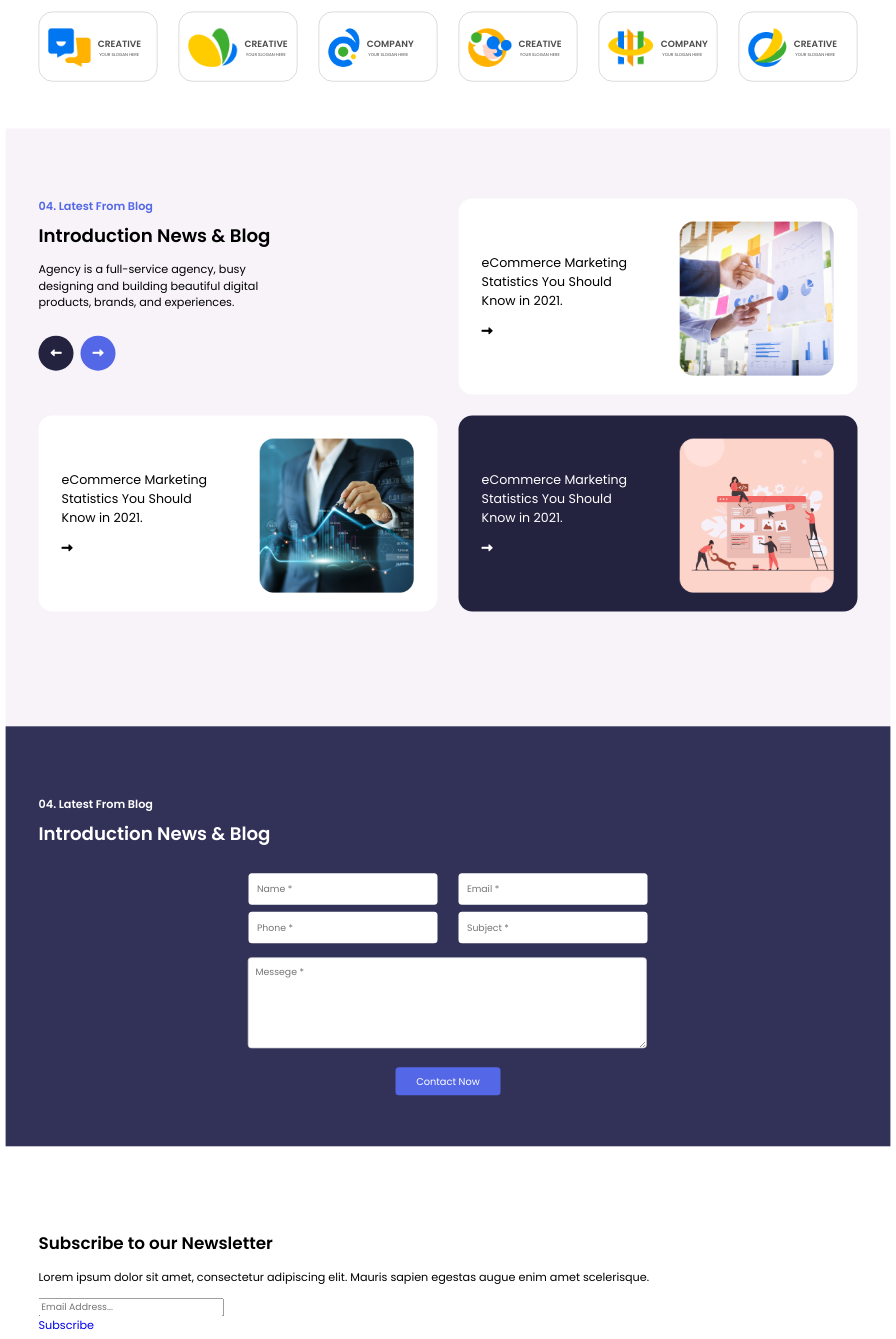
Repository: tranchi0120/LangdingPage-Htmlcss-Ago
Page: index.html
These files come from the project's save history. The page is drawn as it stood at one moment and after a run of saves; the edit follows.
The browser window is 1280 px wide. The pictures show the part of the page from y = 3312 to 5232 px (the page is 5225 px tall before and 5232 px after), at 70% of full size.
Some web libraries are served in a nearby version. The style sheet was rebuilt from its Sass, Less or Tailwind sources for each picture, by a compiler version that may differ from the author's.

Above is the page before, as saved 2022-07-15 11:46:19.

### index.html
<!DOCTYPE html>
<html lang="en">

<head>
    <meta charset="UTF-8" />
    <meta http-equiv="X-UA-Compatible" content="IE=edge" />
    <meta name="viewport" content="width=device-width, initial-scale=1.0" />
    <title>Ago</title>
    <!-- css -->
    <link rel="stylesheet" href="./css/app.css" />
    <!-- google font  -->
    <link rel="preconnect" href="https://fonts.googleapis.com" />
    <link rel="preconnect" href="https://fonts.gstatic.com" crossorigin />
    <link href="https://fonts.googleapis.com/css2?family=Poppins:wght@400;600&display=swap" rel="stylesheet" />
    <!-- google icon awaresome -->
    <link rel="stylesheet" href="https://cdnjs.cloudflare.com/ajax/libs/font-awesome/6.1.1/css/all.min.css">
    <!-- sass ./sass/app.scss ./css/app.css --watch -->
</head>

<body>
    <header class="header">
        <div class="header-top container">
            <span class="header-top-title">
                Welcome to Ago! Building Creative Business Agency
            </span>
            <div class="header-top-right">
                <div class="header-login">
                    <i class="fa-solid fa-user"></i>
                    <a href="#!" style="color:#666666">Login</a>
                </div>
                <div class="header-nation">
                    <i class="fa-solid fa-globe"></i>
                    <span class="header-language">English</span>
                    <i class="fa-solid fa-angle-down"></i>
                </div>
            </div>
        </div>
        <div class="header-line">
        </div>
        <div class="header-under container">
            <div class="header-under-logo">
                <div class="header-under-image">
                    <img class="header-under-img" src="./images/logo.png" alt="#">
                </div>
                <span class="header-under-name">Ago</span>
            </div>
            <div class="header-menu">
                <ul class="menu">
                    <li class="menu-item">
                        <a href="#" class="menu-link">Home</a>
                    </li>
                    <li class="menu-item">
                        <a href="#" class="menu-link">Features</a>
                        <i class="fa-solid fa-angle-down"></i>
                    </li>
                    <li class="menu-item">
                        <a href="#" class="menu-link">Services</a>
                    </li>
                    <li class="menu-item">
                        <a href="#" class="menu-link">Pages</a>
                    </li>
                    <li class="menu-item">
                        <a href="#" class="menu-link">Blog</a>
                    </li>
                    <li class="menu-item">
                        <a href="#" class="menu-link">Support</a>
                    </li>
                </ul>
                <div class="menu-button">
                    <i class="fa-solid fa-magnifying-glass menu-icon"></i>
                    <div class="button">Contact Us</div>
                </div>
            </div>
        </div>
    </header>
    <main>
        <section class="hero">
            <div class="container">
                <div class="hero-main">
                    <div class="hero-left">
                        <div class="hero-title">
                            Trusted Professional Service.
                        </div>
                        <span class="hero-content">
                            Ago is a full-service agency, busy designing and building beautiful digital products,
                            brands, and
                            experiences.
                        </span>
                        <div class="hero-button">
                            <div class="button">Recent Work</div>
                        </div>
                        <div class="hero-down">
                            <div class="hero-icondown">
                                <i style="color:#ffffff ;" class="fa-solid fa-arrow-down"></i>
                            </div>
                            <p class="hero-scroll">
                                Scroll Down
                            </p>
                        </div>
                    </div>
                    <div class="hero-right">
                        <img src="./images/hero.png" alt="#">
                    </div>
                </div>
            </div>
        </section>
        <section class="about">
            <div class="container">
                <div class="about-main">
                    <div class="about-images">
                        <img src="./images/about1.png" alt="#" class="about-img1">
                        <img src="./images/about2.png" alt="#" class="about-img2">
                        <img src="./images/about3.png" alt="#" class="about-img3">
                    </div>
                    <div class="about-us">
                        <h5 class="about-number">
                            01. About Us
                        </h5>
                        <div class="about-title">
                            We Make Designs that Lead and Inpire.
                        </div>
                        <div class="about-name">
                            A design team building a created
                            marketplace for UI designers.
                        </div>
                        <div class="about-content">
                            2,360 curated design resources to energize your creative workflow. We're a growing family of
                            682,268 designers and makers from around the world
                        </div>
                        <div class="menu-button">
                            <div class="button">Contact Us</div>
                        </div>
                    </div>
                </div>
            </div>
        </section>
        <section class="interactive">
            <div class="container">
                <div class="interactive-main">
                    <h5 class="interactive-number">
                        02. What We Do
                    </h5>
                    <div class="interactive-title">
                        <span class="interactive-name">
                            We Make Designs that Lead and Inpire.
                        </span>
                        <i class="fa-solid fa-left-long interactive-iconleft"></i>
                        <i class="fa-solid fa-right-long"></i>
                    </div>
                    <div class="interactive-group">
                        <div class="interactive-box">
                            <div class="row-circle">
                                <img class="row-img" src="./images/row1.png" alt="#">
                                <h2 class="row-number">
                                    26k
                                </h2>
                                <span class="row-title">
                                    Happy Clients
                                </span>
                            </div>
                            <div class="row-circle2">
                                <img class="row-img" src="./images/row2.png" alt="#">
                                <h2 class="row-number2">
                                    76k
                                </h2>
                                <span class="row-title2">
                                    Project Done
                                </span>
                                <span class="row-content2">
                                    Lorem ipsum dolor sit amet, consectetur adipiscing elit. Mauris sapien egestas augue
                                    enim amet scelerisque.
                                </span>
                            </div>
                            <div class="row-circle">
                                <img class="row-img" src="./images/row3.png" alt="#">
                                <h2 class="row-number">
                                    20k
                                </h2>
                                <span class="row-title">
                                    AWARDS WON
                                </span>
                            </div>
                            <div class="row-circle">
                                <img class="row-img" src="./images/row4.png" alt="#">
                                <h2 class="row-number">
                                    20k
                                </h2>
                                <span class="row-title">
                                    DAILY DATA INPUT
                                </span>
                            </div>
                        </div>
                    </div>
                </div>
            </div>
        </section>
        <section class="service">
            <div class="container">
                <h5 class="service-number">
                    03. Our Services
                </h5>
                <div class="service-title">
                    <span class="service-name">
                        Welcome to Our Professional Service
                    </span>
                </div>
                <div class="service-main">
                    <div class="service-left">
                        <h2 class="service-left-title">
                            Professional Website
                            Design Consulting
                        </h2>
                        <p class="service-left-content">
                            Agency is a full-service agency, busy designing and building beautiful digital products,
                            brands, and experiences.
                        </p>
                        <div class="menu-button">
                            <div class="button">View Detail</div>
                        </div>
                        <div class="service-left-images">
                            <img src="./images/service1.png" alt="#" class="service-left-img">
                            <img src="./images/service2.png" alt="#" class="service-left-img">
                            <img src="./images/service3.png" alt="#" class="service-left-img">
                        </div>
                    </div>
                    <div class="service-right">
                        <img src="./images/service4.png" alt="#" class="service-right-img">
                    </div>
                </div>
                <div class="service-bottom">
                    <div class="service-box">
                        <div class="service-box-imgs">
                            <img src="./images/logo1.png" alt="#" class="service-box-img">
                        </div>
                        <div class="service-box-text">
                            <h2 class="service-box-title">CREATIVE</h2>
                            <p class="service-box-slogan">YOUR SLOGAN HERE</p>
                        </div>
                    </div>
                    <div class="service-box">
                        <div class="service-box-imgs">
                            <img src="./images/logo2.png" alt="#" class="service-box-img">
                        </div>
                        <div class="service-box-text">
                            <h2 class="service-box-title">CREATIVE</h2>
                            <p class="service-box-slogan">YOUR SLOGAN HERE</p>
                        </div>
                    </div>
                    <div class="service-box">
                        <div class="service-box-imgs">
                            <img src="./images/logo3.png" alt="#" class="service-box-img">
                        </div>
                        <div class="service-box-text">
                            <h2 class="service-box-title">COMPANY</h2>
                            <p class="service-box-slogan">YOUR SLOGAN HERE</p>
                        </div>
                    </div>
                    <div class="service-box">
                        <div class="service-box-imgs">
                            <img src="./images/logo4.png" alt="#" class="service-box-img">
                        </div>
                        <div class="service-box-text">
                            <h2 class="service-box-title">CREATIVE</h2>
                            <p class="service-box-slogan">YOUR SLOGAN HERE</p>
                        </div>
                    </div>
                    <div class="service-box">
                        <div class="service-box-imgs">
                            <img src="./images/logo5.png" alt="#" class="service-box-img">
                        </div>
                        <div class="service-box-text">
                            <h2 class="service-box-title">COMPANY</h2>
                            <p class="service-box-slogan">YOUR SLOGAN HERE</p>
                        </div>
                    </div>
                    <div class="service-box">
                        <div class="service-box-imgs">
                            <img src="./images/logo6.png" alt="#" class="service-box-img">
                        </div>
                        <div class="service-box-text">
                            <h2 class="service-box-title">CREATIVE</h2>
                            <p class="service-box-slogan">YOUR SLOGAN HERE</p>
                        </div>
                    </div>
                </div>
            </div>
        </section>
        <section class="latest">
            <div class="container">
                <div class="latest-main">
                    <div class="latest-group">
                        <h5 class="latest-number">
                            04. Latest From Blog
                        </h5>
                        <span class="latest-title">
                            Introduction News & Blog
                        </span>
                        <p class="latest-content">
                            Agency is a full-service agency, busy designing and building beautiful digital products,
                            brands, and experiences.
                        </p>
                        <div class="latest-icon">
                            <div class="latest-icon-left">
                                <i class="fa-solid fa-left-long"></i>
                            </div>
                            <div class="latest-icon-right">
                                <i class="fa-solid fa-right-long"></i>
                            </div>
                        </div>
                    </div>
                    <div class="latest-groups">
                        <div class="latest-box">
                            <p class="latest-text">
                                eCommerce Marketing
                                Statistics You Should
                                Know in 2021.
                            </p>
                            <i class="fa-solid fa-right-long"></i>
                        </div>
                        <div class="latest-image">
                            <img src="./images/latest1.png" alt="#" class="latest-img">
                        </div>
                    </div>
                    <div class="latest-groups">
                        <div class="latest-box">
                            <p class="latest-text">
                                eCommerce Marketing
                                Statistics You Should
                                Know in 2021.
                            </p>
                            <i class="fa-solid fa-right-long"></i>
                        </div>
                        <div class="latest-image">
                            <img src="./images/latest2.png" alt="#" class="latest-img">
                        </div>
                    </div>
                    <div class="latest-groups3">
                        <div class="latest-box3">
                            <p class="latest-text3">
                                eCommerce Marketing
                                Statistics You Should
                                Know in 2021.
                            </p>
                            <i class="fa-solid fa-right-long"></i>
                        </div>
                        <div class="latest-image">
                            <img src="./images/latest3.png" alt="#" class="latest-img">
                        </div>
                    </div>
                </div>
            </div>
        </section>
        <section class="contact">
            <div class="container">
                <!-- <img class="contact-background" src="./images/background.png" alt="#"> -->
                <div class="contact-main">
                    <h5 class="contact-number">
                        04. Latest From Blog
                    </h5>
                    <span class="contact-title">
                        Introduction News & Blog
                    </span>
                    <div class="contact-import">
                        <input class="contact-input" type="text" placeholder="Name *">
                        <input class="contact-input" type="text" placeholder="Email *">
                        <input class="contact-input" type="text" placeholder="Phone *">
                        <input class="contact-input" type="text" placeholder="Subject *">
                    </div>
                    <textarea class="contact-textarea" name="text" id="#" cols="30" rows="10"
                        placeholder="Messege *"></textarea>
                    <div class="menu-button">
                        <div class="button contact-button">Contact Now</div>
                    </div>
                </div>
            </div>
        </section>
        <section class="subscribe">
            <div class="container">
                <div class="subscribe-main">
                    <h2 class="subscribe-title">
                        Subscribe to our Newsletter
                    </h2>
                    <p class="subscribe-text">
                        Lorem ipsum dolor sit amet, consectetur adipiscing elit. Mauris sapien egestas augue enim amet
                        scelerisque.
                    </p>
                    <div class="subscribe-import">
                        <input type="text" placeholder="Email Address...">
                        <div class="subscribe-button">
                            <a href="#!">Subscribe</a>
                        </div>
                    </div>
                </div>
            </div>
        </section>
    </main>
    <footer>
    </footer>
</body>

</html>

### sass/app.scss
@import "global";
@import "header";
@import "menu";
@import "variable";
@import "hero";
@import "about";
@import "interactive";
@import "row";
@import "service";
@import "latest";
@import "contact";
@import "subscribe";

### sass/_global.scss
.container {
    max-width: 1170px;
    margin: 0 auto;
}
.body {
    background: #ffffff;
}
* {
    box-sizing: border-box;
    font-family: "Poppins", sans-serif;
}
a {
    text-decoration: none;
}
ul {
    list-style-type: none !important;
}
.button {
    border: none;
    padding: auto;
    width: 150px;
    background: #5468e7;
    height: 40px;
    text-align: center;
    justify-content: center;
    padding: 7px;
    border-radius: 5px;
    color: white;
    font-size: 14px;
    line-height: 21px;
    padding: 10px;
}

### sass/_header.scss
.header {
    &-top {
        max-width: 1170px;
        margin: 0 auto;
        color: #666666;
        display: flex;
        justify-content: space-between;
        align-items: center;
        padding: 10px;
        &-right {
            display: flex;
            gap: 20px;
        }
    }
    &-line {
        width: 100%;
        height: 1px;
        background-color: #c7c2c2;
    }
    &-under {
        height: 96px;
        display: flex;
        gap: 0 85px;
        align-items: center;
        &-logo {
            display: flex;
        }
        &-image {
            width: 52.5px;
            height: 60px;
        }
        &-img {
            width: 100%;
        }
        &-name {
            padding: 10px;
            line-height: 39px;
            font-weight: 600;
            font-size: 26px;
            color: #000000;
        }
    }
    &-menu {
        gap: 195px;
        display: flex;
    }
}

### sass/_menu.scss
.menu {
    height: 24px;
    width: 550px;
    display: flex;
    justify-content: space-between;
    align-items: center;
    // gap: 40px;
    &-button {
        display: flex;
        gap: 29px;
    }
    &-icon {
        width: 18px;
        display: inline-block;
        padding-top: 15px;
        color: #666666;
    }

    &-link {
        color: #000000;
        font-weight: 400;
        font-size: 16px;
        line-height: 24px;
    }
}

### sass/_variable.scss
$font: "Poppins", sans-serif;
$color1: #232340;
$color2: #323259;
$color-btn: #5468e7;
$black: #222222;
$white: #ffffff;

### sass/_hero.scss
.hero {
    height: 800px;
    margin-top: 55px;
    &-main {
        display: flex;

        align-items: center;
    }
    &-title {
        width: 260px;
        line-height: 60px;
        font-weight: 600;
        font-size: 40px;
        margin-bottom: 23px;
    }
    &-content {
        height: 46px;
        width: 317px;
        font-weight: 400;
        font-size: 16px;
        display: inline-block;
        margin-bottom: 60px;
        margin-right: 147px;
    }
    &-down {
        margin-top: 114px;
        display: flex;
        gap: 9px;
    }
    &-icondown {
        border-radius: 50%;
        width: 45px;
        height: 45px;
        text-align: center;
        padding: 13px;
        background: #c897e4;
    }
}

### sass/_interactive.scss
.interactive {
    background: #f7f3f8;
    height: 752px;
    &-number {
        margin-bottom: 10px;
        margin-top: 100px;
        display: inline-block;
        color: #5468e7;
        font-size: 16px;
        line-height: 24px;
        font-weight: 600;
    }
    &-name {
        display: inline-block;
        line-height: 39px;
        font-size: 26px;
        font-weight: 600;
        margin-bottom: 75px;
    }
    &-iconleft {
        margin-right: 19px;
        margin-left: 594px;
    }
    &-box {
        max-height: 360px;
        background: white;
        display: grid;
        grid-template-columns: repeat(4, 1fr) !important;
        border-radius: 30px;
    }
}

### sass/_subscribe.scss
.subscribe {
    &-main {
        padding-top: 100px;
    }
}

Loaded but not shown: sass/_service.scss (94 lines, source omitted); sass/_latest.scss (87 lines, source omitted); sass/_about.scss (57 lines, source omitted); sass/_contact.scss (53 lines, source omitted); sass/_row.scss (51 lines, source omitted)

After the next 2 saves:
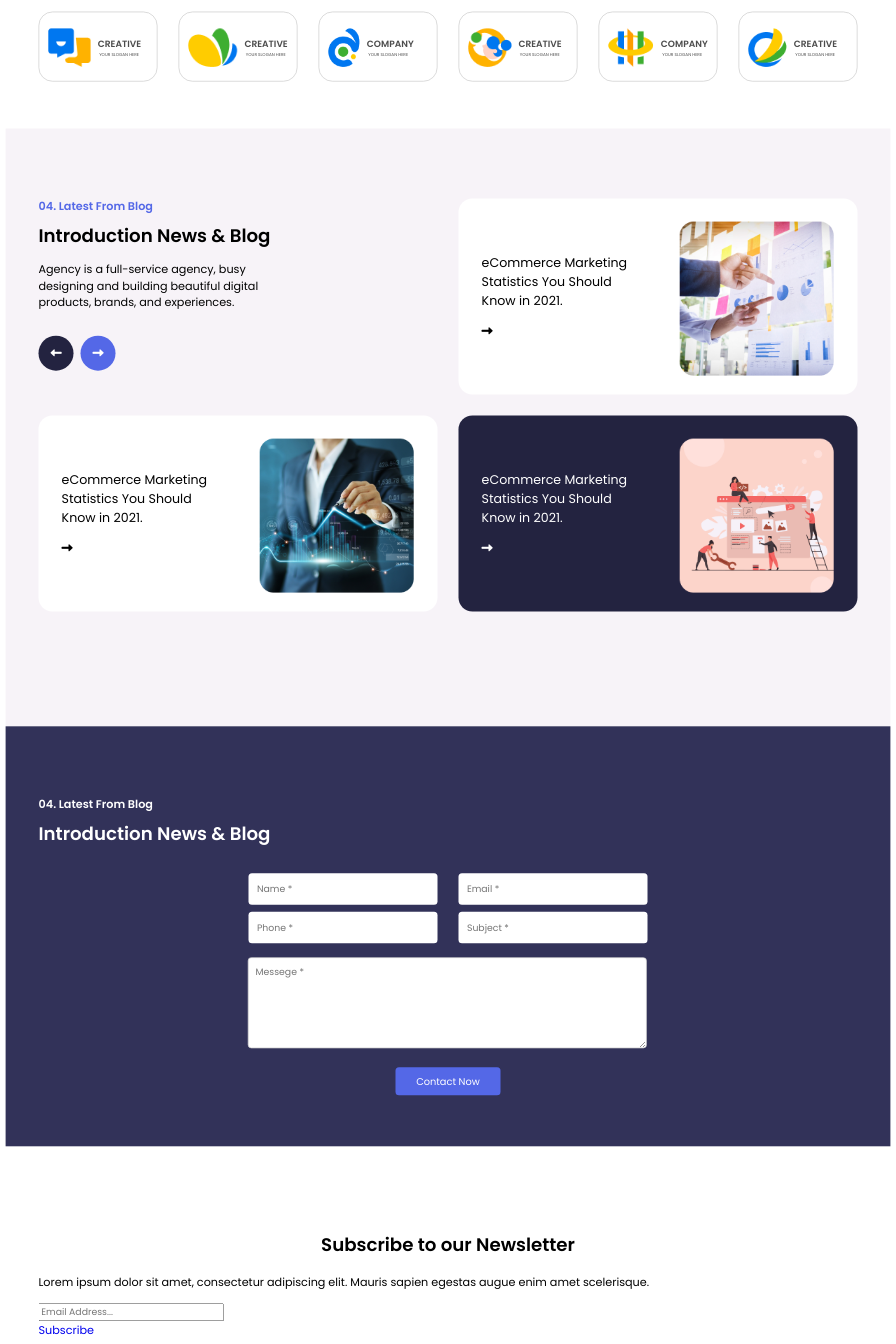
The 2 saves are shown as one change because they came seconds apart.
The last was saved 42 s later.
--- a/sass/_subscribe.scss
+++ b/sass/_subscribe.scss
@@ -2,4 +2,10 @@
     &-main {
         padding-top: 100px;
     }
+    &-title {
+        line-height: 39px;
+        text-align: center;
+        font-size: 26px;
+        font-weight: 600;
+    }
 }
